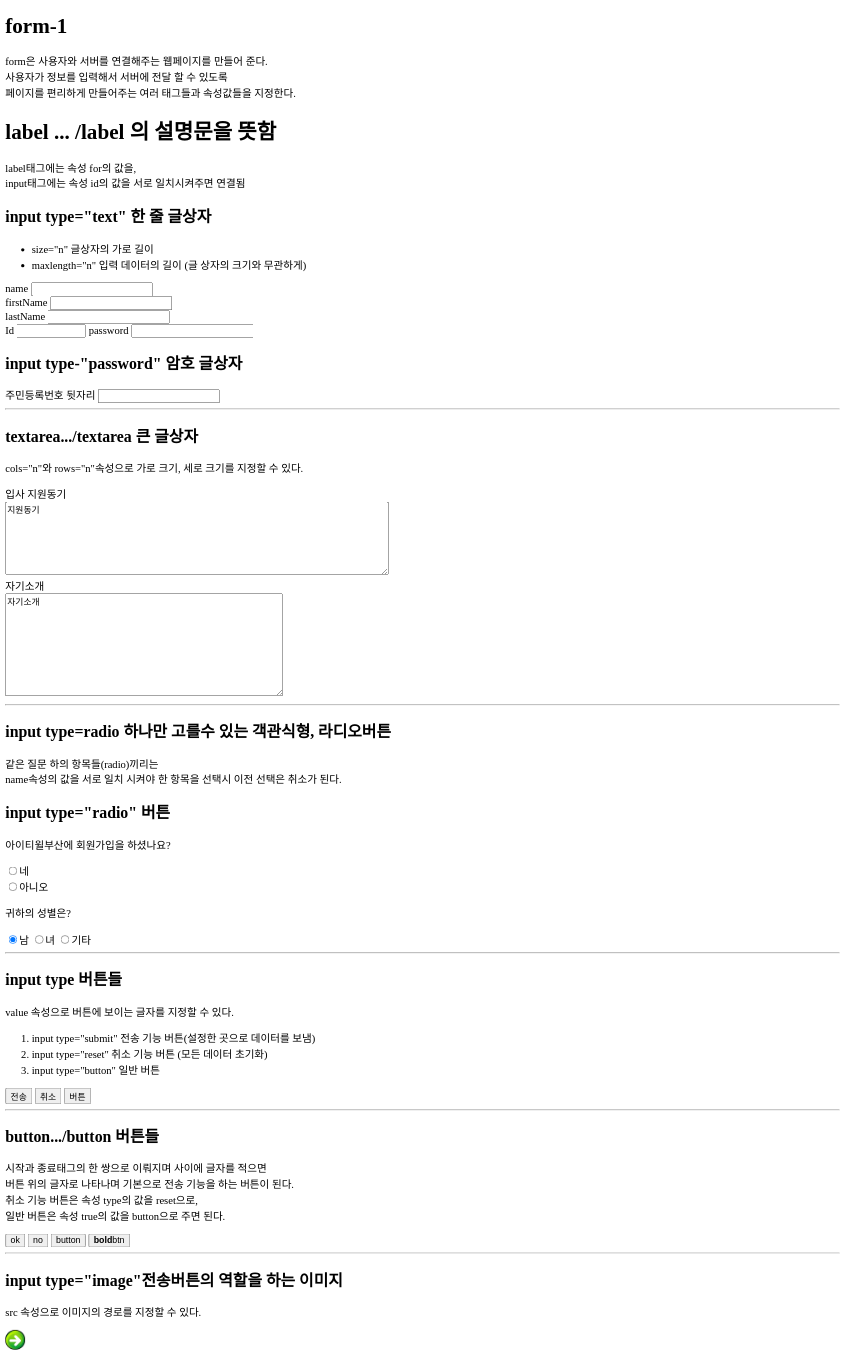
Repository: ReadStar/Web
Page: Html/html5/WebContent/form-1.html
These files come from the project's save history. The page is drawn as it stood at one moment and after the next save; the edit follows.
The browser window is 1280 px wide. The pictures show the whole page, at 66% of full size.

Above is the page before, as saved 2020-08-06 08:05:17.

After the next save:
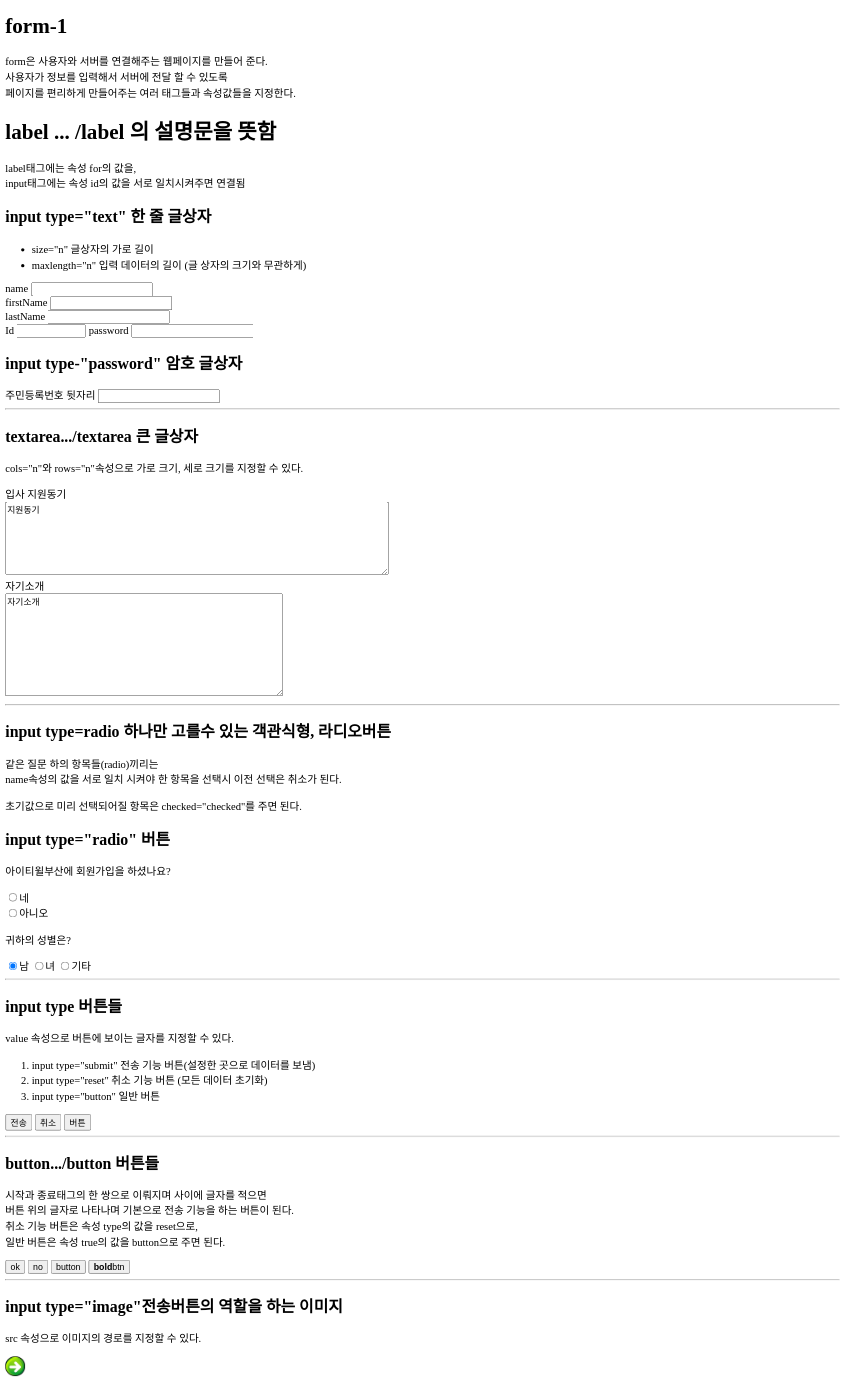
Saved 70 s later.
--- a/Html/html5/WebContent/form-1.html
+++ b/Html/html5/WebContent/form-1.html
@@ -40,6 +40,7 @@
 <h2>input type=radio 하나만 고를수 있는 객관식형, 라디오버튼</h2>
 <p>같은 질문 하의 항목들(radio)끼리는<br>
 	name속성의 값을 서로 일치 시켜야 한 항목을 선택시 이전 선택은 취소가 된다.</p>
+	초기값으로 미리 선택되어질 항목은 checked="checked"를 주면 된다.
 <h2>input type="radio" 버튼</h2>
 <p>아이티윌부산에 회원가입을 하셨나요?</p>
 <label><input type="radio" name="itw-m">네</label><br>
